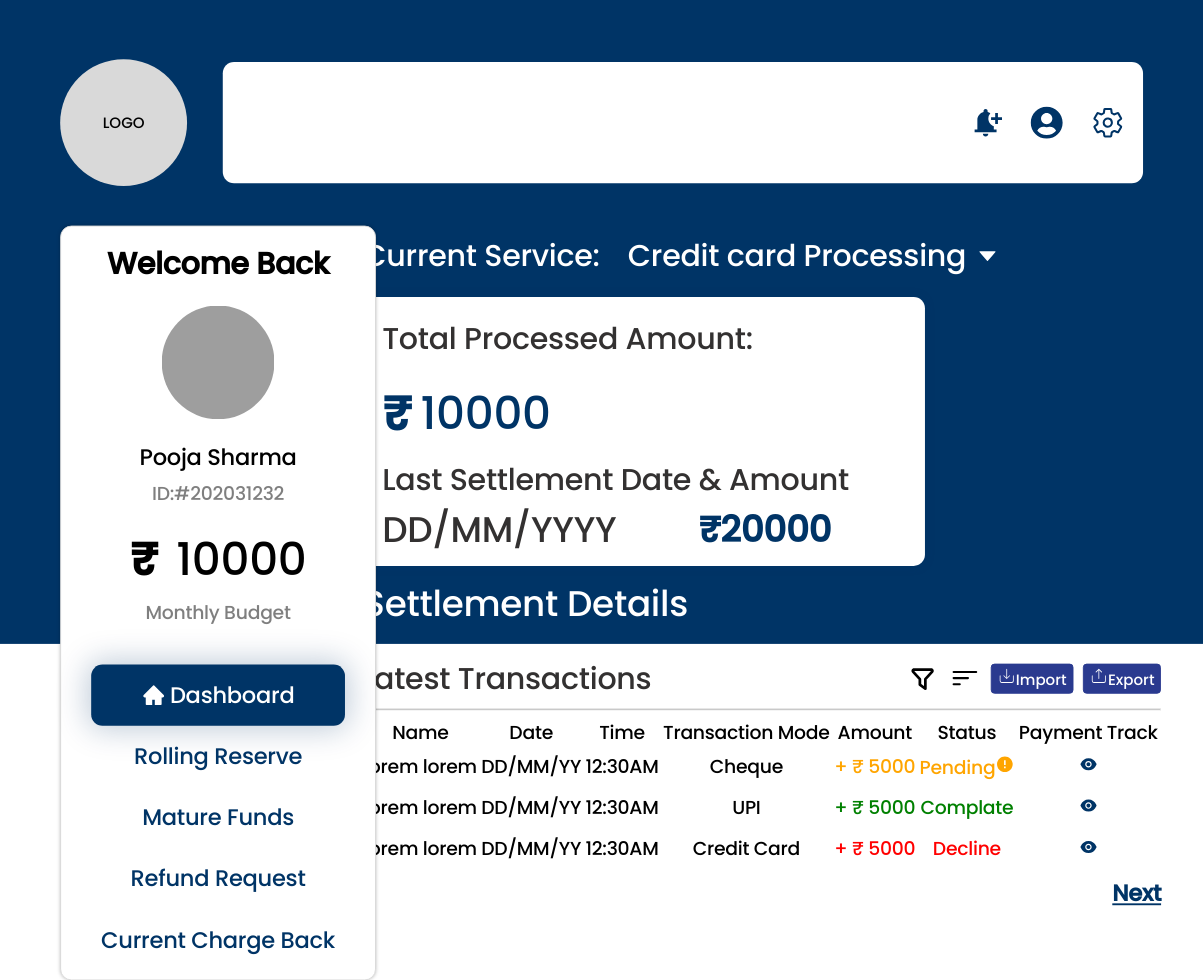
Repository: FlyweisReact/Prashant
Page: /dashboard
An editor plug-in stored every save of this project. The page is shown before and after the next save, followed by the edit.
The browser window is 1280 px wide. The pictures show the whole page, at 94% of full size.
Pictures or frames that could not be fetched are drawn as grey boxes. The project was rebuilt for these pictures with package versions that can differ from the ones it lists, and the page was loaded fresh each time. Also part of the build but not shown: src/Pages/CryptoPayment.jsx, src/Pages/CurrentCharge.jsx, src/Styles/Login.module.css, src/Components/Login/LoginFirstSection.jsx, src/Components/Login/LoginMainSection.jsx, src/Pages/Login.jsx, src/Pages/MatureFund.jsx, src/Pages/OpenBanking.jsx and 12 more.

Above is the page before, as saved 2023-03-23 16:30:52.

After the next save:
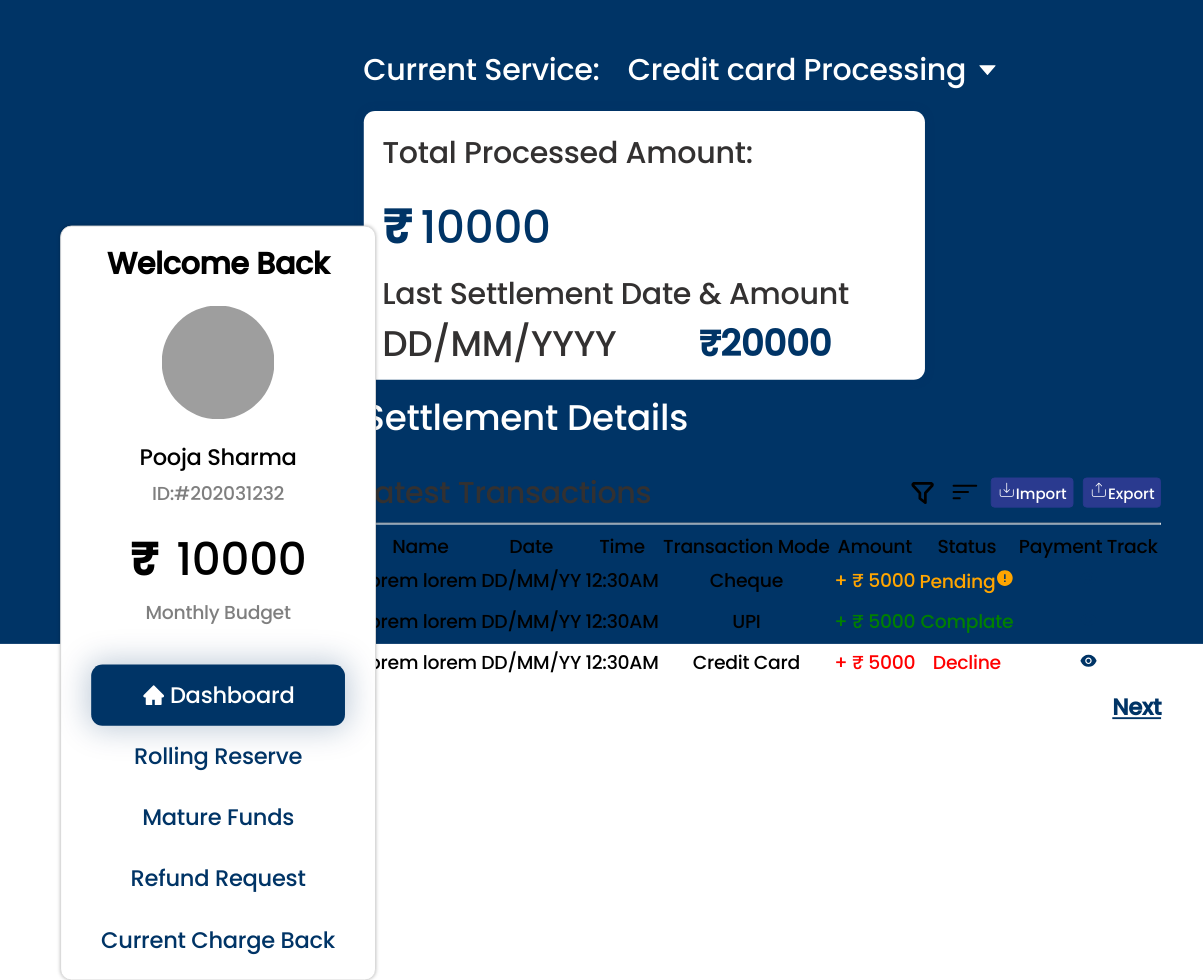
Saved 8 s later.
--- a/src/Styles/Dashboard.module.css
+++ b/src/Styles/Dashboard.module.css
@@ -11,7 +11,8 @@
 }
 .logoSection{
     width: 100%;
-    display: flex;
+    /* display: flex; */
+    display: none;
     align-items: center;
     justify-content: space-between;
 

After the save that followed:
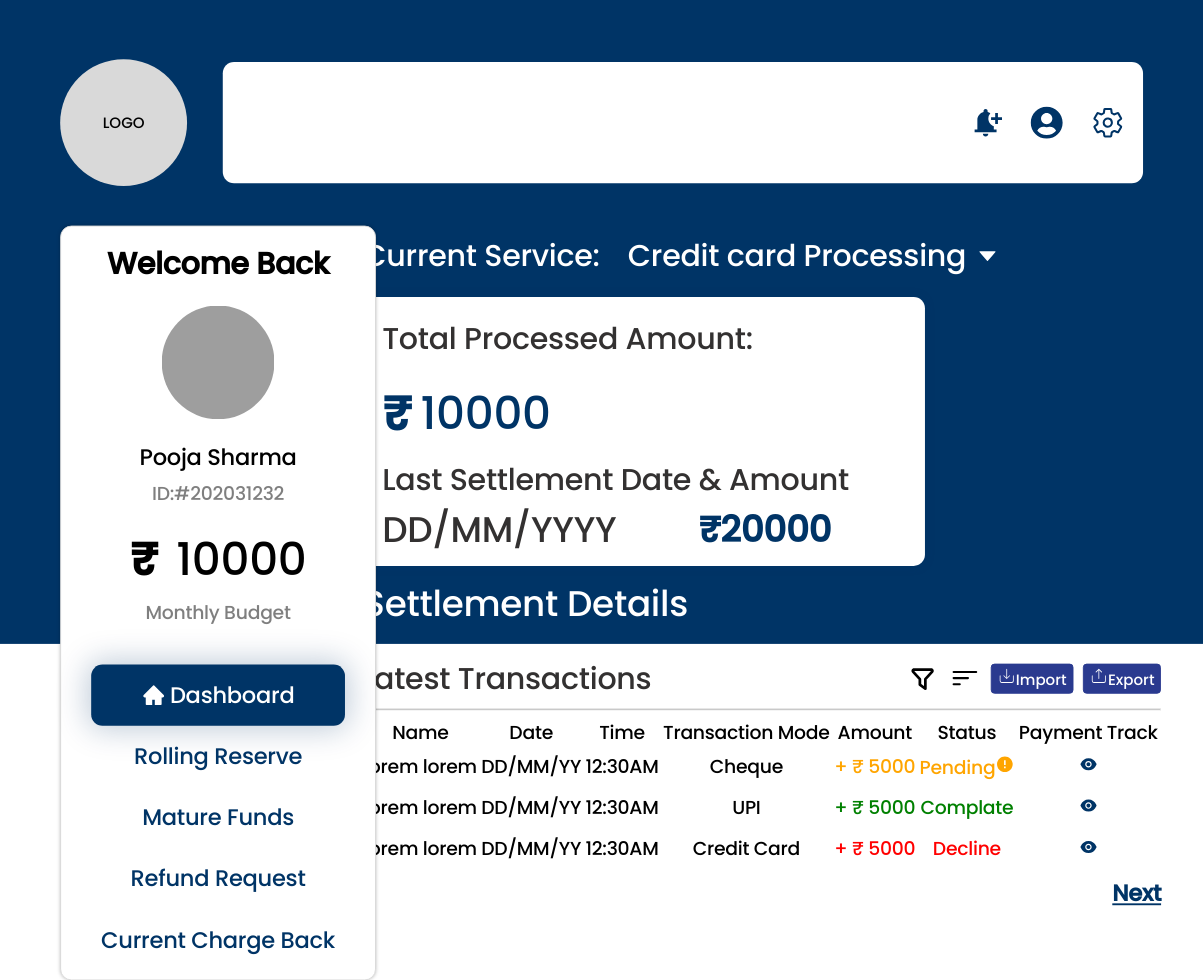
Saved 7 s later.
--- a/src/Styles/Dashboard.module.css
+++ b/src/Styles/Dashboard.module.css
@@ -11,8 +11,7 @@
 }
 .logoSection{
     width: 100%;
-    /* display: flex; */
-    display: none;
+    display: flex;
     align-items: center;
     justify-content: space-between;
 
